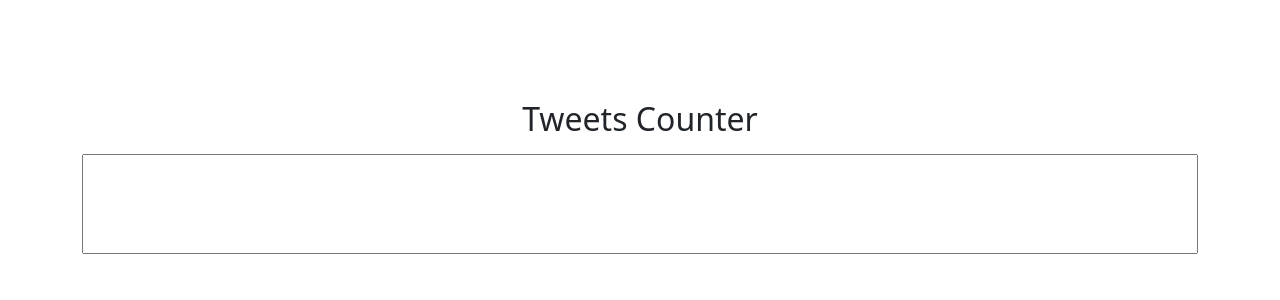
Repository: magmukendi/Tweets-Count
Page: index.html
The author's editor kept a copy of each file at every save. The page is drawn from the files as they stood at one save, then again after a run of saves.
The browser window is 1280 px wide. The pictures show the whole page.
Some web libraries are served in a nearby version.

Above is the page before, as saved 2022-06-11 16:23:27.

### index.html
<!DOCTYPE html>
<html lang="en">
<head>
    <meta charset="UTF-8">
    <meta http-equiv="X-UA-Compatible" content="IE=edge">
    <meta name="viewport" content="width=device-width, initial-scale=1.0">
    <link href="https://cdn.jsdelivr.net/npm/bootstrap@5.2.0-beta1/dist/css/bootstrap.min.css" rel="stylesheet" integrity="sha384-0evHe/X+R7YkIZDRvuzKMRqM+OrBnVFBL6DOitfPri4tjfHxaWutUpFmBp4vmVor" crossorigin="anonymous">
    <link rel="shortcut icon" href="assets/images/FAVICON-profile.ico"image/x-icon">
    <script src="https://kit.fontawesome.com/cd3abaa76f.js" crossorigin="anonymous"></script>

    <link href="style.css" rel="stylesheet">
    <title>TweetsCount by LeGrandMAG</title>
</head>
<body>
    <div id="answer" class="container row">
        <h2><b></b>Tweets Counter</h2>
        <textarea id="tt" class="mt-2 mb-2" id="won" autosize></textarea>
       <!--

           <button onclick="myFunction()" class="btn btn-primary"> Calculate</button>
        -->


    </div>

    <div id="result" style="width: 80%; margin:auto; flex-wrap: wrap; text-align: justify;">

    </div>


    <script type="text/javascript" src="app.js"></script>
</body>
</html>

### style.css
body{
    margin:auto;
    margin-top: 100px;
    align-items: center;
    text-align: center;
}
.container{
    margin:auto;
    display: flex;
    justify-content: center;
    align-items: center;
}

.form-elem{
    margin-top: 10;
    margin-bottom: 10;
}

#tt{
    resize: none;
    overflow: visible;
    padding-top:10px;
    padding-bottom: 10px;
    height: 100px;
}


button{
    visibility: hidden;
}

### app.js
let list = []
let result = 0;
let x;
let p;
let xValue;
let s;
let number;
let input = document.getElementById('tt');
let d;
let e;
let doc = document.getElementById('result');

function print(){
        doc.innerHTML = '';
        x = document.getElementById('tt');
        p = document.createElement('p')
        number = document.createElement('p')
        xValue = x.value;
        if (xValue){
                p.innerText = xValue
        }
        doc.append(number)
        doc.appendChild(p)
        p.id = "txx"
        p.style = 'font-weight:bold; font-size:50px; margin-top:50px; flex-wrap:wrap';
}
function colorChange(){
        s = p.innerText
        let n =/\w+/g
        let char = /.|\s|\n+/g
        console.log(s.match(char).length)

        number.innerText = (145 - s.match(char).length);

        if(s.match(char).length <=145/2){

                p.style.color ='green'
        }
        else if(s.match(char).length >=145/2 && s.match(char).length <135){
                p.style.color = 'blue';

        }
        else if(s.match(char).length >=135 && s.match(char).length<=145){
                p.style.color ='red';
                console.log(s.match(n));

        }

        else if(s.match(char).length >145){
                number.innerText= "You are " + (s.match(char).length - 145) +" characters more than expected.";
                p.style.visibility ='hidden'
        }


}
function render (){
        document.getElementById('tt').addEventListener('keyup', print)
        document.getElementById('tt').addEventListener('keyup', colorChange)
}
render()
function myFunction(){
        let ll = document.getElementById('txx')
        var blob = new Blob([ll.innerText], {
                type: "text/plain;charset=utf-8;",
            });
        saveAs(blob, "thing.txt");

}

After the next 2 saves:
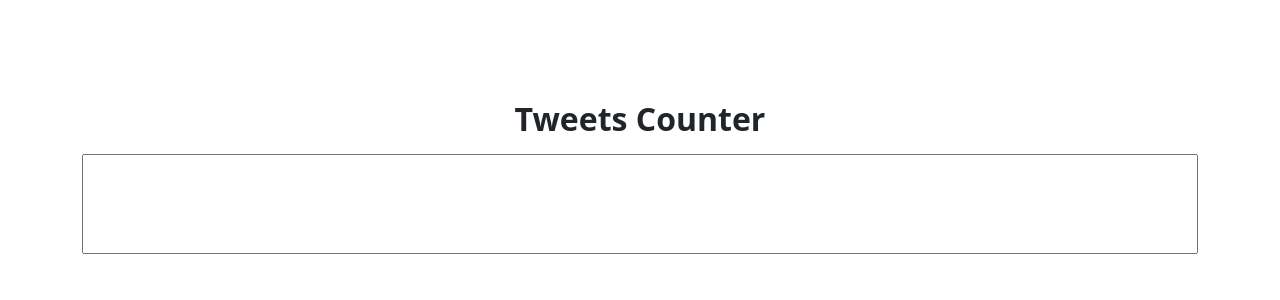
The 2 saves are shown as one change because they came seconds apart.
The last was saved 9 s later.
--- a/index.html
+++ b/index.html
@@ -13,7 +13,7 @@
 </head>
 <body>
     <div id="answer" class="container row">
-        <h2><b></b>Tweets Counter</h2>
+        <h2><b>Tweets Counter</b></h2>
         <textarea id="tt" class="mt-2 mb-2" id="won" autosize></textarea>
        <!--
 
